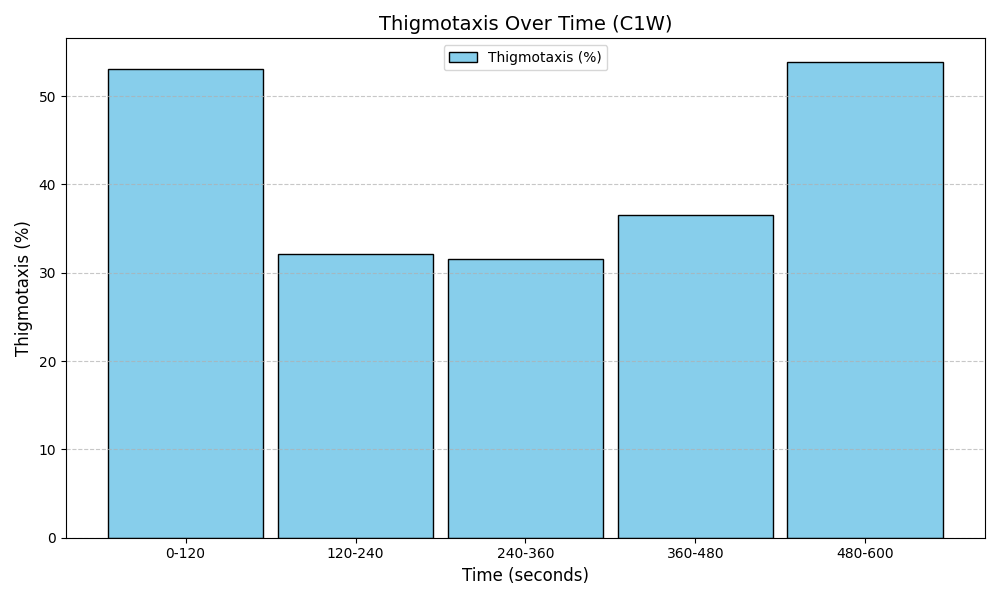
Repository: ZoharBNH5/Behavioral-Testing-Laboratory
Script's output: python bhave_tests.py
The author's editor kept a copy of each file at every save. The script's output is drawn from the files as they stood at one save, then again after the next save.
Random numbers start from a fixed seed. It also reads C1W_241124_new.mat, C2W_271124_new.mat.

Above is the script's output before, as saved 2024-11-29 12:53:10.

### bhave_tests.py
import numpy as np
import scipy.io


import matplotlib.pyplot as plt
from scipy.io import loadmat
import matplotlib.pyplot



# load data from file
data = loadmat('C1w_241124_new.mat')
mouse_num = "C1W"

print(data.keys())
# Extract grooming start-stop data
grooming_start_stop = data.get('grooming_start_stop', None)
crossing_times = data.get('crossing_times', None)
periphery_times = data.get('periphery_times', None)

if crossing_times is not None and periphery_times is not None and grooming_start_stop is not None:
    # Flatten arrays for processing
    crossing_times = crossing_times.flatten()
    periphery_times = periphery_times.flatten()
    grooming_start_stop = grooming_start_stop.T  # Transpose grooming data for easier handling

# Define bins (2-minute intervals over 10 minutes)
    bin_edges = np.arange(0, 600 + 120, 120)  # Bins of 2 minutes (120 seconds)
    bin_centers = (bin_edges[:-1] + bin_edges[1:]) / 2  # Midpoints for plotting

# Calculate Thigmotaxis per bin
    thigmotaxis_values = []
    for start, end in zip(bin_edges[:-1], bin_edges[1:]):
        # Filter crossing and peripheral crossing within the current bin
        crossings_in_bin = (crossing_times >= start) & (crossing_times < end)
        periphery_in_bin = (periphery_times >= start) & (periphery_times < end)

        total_crossings = np.sum(crossings_in_bin)
        peripheral_crossings = np.sum(periphery_in_bin)

        # Calculate Thigmotaxis for the bin
        thigmotaxis = (peripheral_crossings / total_crossings) * 100 if total_crossings > 0 else 0
        thigmotaxis_values.append(thigmotaxis)

    # Plotting the results
    plt.figure(figsize=(10, 6))
    plt.bar(bin_centers, thigmotaxis_values, width=110, color='skyblue', edgecolor='black', label='Thigmotaxis (%)')
    plt.title(f'Thigmotaxis Over Time ({mouse_num})', fontsize=14)
    plt.xlabel('Time (seconds)', fontsize=12)
    plt.ylabel('Thigmotaxis (%)', fontsize=12)
    plt.xticks(bin_centers, labels=[f'{int(edge)}-{int(edge+120)}' for edge in bin_edges[:-1]])
    plt.grid(axis='y', linestyle='--', alpha=0.7)
    plt.legend()
    plt.tight_layout()
    plt.show()
else:
    print("Required data (crossing_times, periphery_times, or grooming_start_stop) not found in the provided file.")

After the next save:
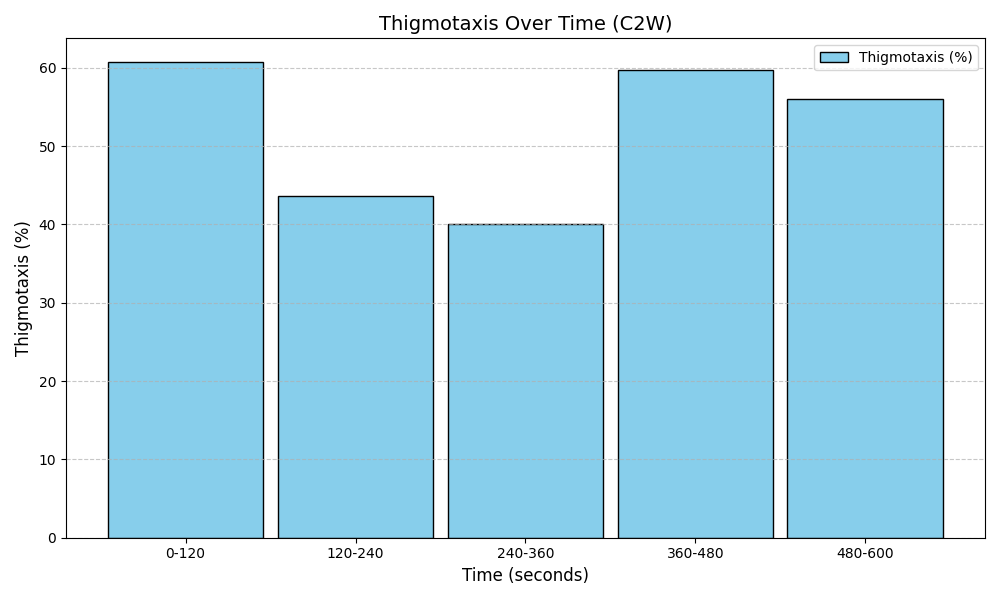
Saved 25 s later.
--- a/bhave_tests.py
+++ b/bhave_tests.py
@@ -9,8 +9,8 @@ import matplotlib.pyplot
 
 
 # load data from file
-data = loadmat('C1w_241124_new.mat')
-mouse_num = "C1W"
+data = loadmat('C2W_271124_new.mat')
+mouse_num = "C2W"
 
 print(data.keys())
 # Extract grooming start-stop data
